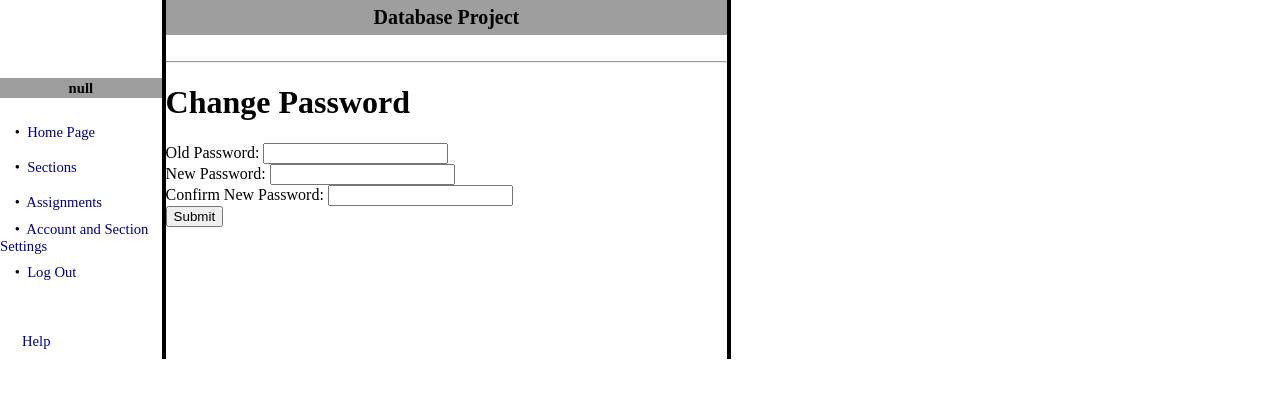
Repository: rimalp/dbproject
Page: http://localhost/AssignmentProject/prof_account_settings.jsp
These files come from the project's save history. The page is drawn as it stood at one moment and after the next save; the edit follows.
The browser window is 1280 px wide. The pictures show the whole page.
Pictures or frames that could not be fetched are drawn as grey boxes. The page is served by Tomcat 9. Other server files are loaded and not shown.

Above is the page before, as saved 2012-11-29 02:01:24.

### jsp/AssignmentProject/WebContent/prof_account_settings.jsp
<%@ page language="java" contentType="text/html; charset=UTF-8"
    pageEncoding="UTF-8"%>
<!DOCTYPE html PUBLIC "-//W3C//DTD HTML 4.01 Transitional//EN" "http://www.w3.org/TR/html4/loose.dtd">
<html>
<head>
<title>
Account Settings
</title>
<style type="text/css">
<!--
.normalfont {font-size: 11pt; font-family: "Geneva, Arial, Helvetica, sans-serif";}
.bigfont {font-size: 14pt; font-family: "Geneva, Arial, Helvetica, sans-serif";}
.darkbackgroundwithnormalfont {background-image: url(../gifs/brushed_metal_dkblue.jpg); font-size: 11pt; font-family: "Geneva, Arial, Helvetica, sans-serif"; color: black; }
.darkbackgroundwithhugefont {background-image: url(../gifs/brushed_metal_dkblue.jpg); font-size: 15pt; font-family: "Geneva, Arial, Helvetica, sans-serif"; color: black; }
.normalfontwithred {font-size: 11pt; font-family: "Geneva, Arial, Helvetica, sans-serif"; color: red;}
a {text-decoration: none;}
-->
</style>
</head>
<!-- bgcolor="aqua" -->
<body class="bodybackground" style="margin-top: 0; margin-left: 0; margin-bottom: 4px; margin-right: 4px">
<table border="0" cellpadding="0" cellspacing="0" width="875px" style="height: 100%">
<tr valign="top">
<td style="width: 190px;" class="marginbackground">



<%@ include file="professor_left_links.jsp" %>



</td>
<td style="width: 3px; background-color: black;">&nbsp;</td>
<td valign="top" class="lightbackgroundwithnormalfont" style="width: 686px;">
<CENTER><table border="0" cellspacing="0" cellpadding="0" width="100%" class="smallfont" style="color: black;">
<tr class="darkbackgroundwithhugefont" style="height: 35px">
<td colspan="3" valign="middle" align="center">
<b>
Database Project
</b>
</td>
</tr>
<tr style="height: 5px">
<td colspan="3">
&nbsp;
</td>
</tr>
</table></CENTER>
<hr/>

<% String v = request.getParameter("valid");
if(v!=null && v.equals("false"))
{
	out.println("<font color=\"red\">Your password was not changed as the values you entered in the New Password and Confirm Password fields did not match </font>");
}
else if(v!=null && v.equals("oldFalse"))
{
	out.println("<font color=\"red\">Your password was not changed because the old password you entered is incorrect</font>");
}
	%>
<h1>Change Password</h1>
<form name="input" method="post" action="Account_Settings_Servlet">
Old Password: <input type="password" name="old"><br/>
New Password: <input type="password" name="new"><br/>
Confirm New Password: <input type="password" name="newConfirm"><br/>
<input type="submit" value="Submit">
</form>

<!--
<br/>

<h1>Add Students to a Section</h1>



<br/>


<h1>Add Sections</h1>


<br/>
-->


<table border="0" cellspacing="0" cellpadding="2" width="100%">
<tr style="height: 5px">
<td colspan="3">
&nbsp;
</td>
</tr>
</table>
</td>
<td style="width: 3px; background-color: black;">&nbsp;</td>
<td style="width: 190px" class="marginbackground">
&nbsp;
</td>
</tr>
</table>
</body>
</html>

### jsp/AssignmentProject/WebContent/professor_left_links.jsp
<%@ page language="java" contentType="text/html; charset=UTF-8"
    pageEncoding="UTF-8"%>
<!DOCTYPE html PUBLIC "-//W3C//DTD HTML 4.01 Transitional//EN" "http://www.w3.org/TR/html4/loose.dtd">
<html>
<head>
<meta http-equiv="Content-Type" content="text/html; charset=UTF-8">
<title>Insert title here</title>
</head>
<body>

<table border="0" cellpadding="0" cellspacing="0" width="100%" class="normalfont" style="height: 100%" >
<tr style="height: 61px; border-bottom-width: 0px; " valign="top">
<td>

</td>
</tr>
<tr style="height: 10px;">
<td>
&nbsp;
</td>
</tr>

<tr class="darkbackgroundwithnormalfont" style="height: 20px;">
<td align="center">
<b>
<% String e = (String)request.getSession().getAttribute("name");
out.println(e); %>
</b>
</td>
</tr>
<tr style="height: 10px;">
<td>
&nbsp;
</td>
</tr>

<tr style="height: 35px;">
<td>
&nbsp;&nbsp;&nbsp;&nbsp;&#8226;&nbsp;
<a href="loginpath?id=professor_home_link" style="color: darkblue;">
Home Page
</a>
</td>
</tr>

<tr style="height: 35px;">
<td>
&nbsp;&nbsp;&nbsp;&nbsp;&#8226;&nbsp;
<a href="" style="color: darkblue;">
Sections
</a>
</td>
</tr>

<tr style="height: 35px;">
<td>
&nbsp;&nbsp;&nbsp;&nbsp;&#8226;&nbsp;
<a href="" style="color: darkblue;">
Assignments
</a>
</td>
</tr>

<tr style="height: 35px;">
<td>
&nbsp;&nbsp;&nbsp;&nbsp;&#8226;&nbsp;
<a href="prof_account_settings.jsp" style="color: darkblue;">
Account and Section Settings
</a>
</td>
</tr>

<tr style="height: 35px;">
<td>
&nbsp;&nbsp;&nbsp;&nbsp;&#8226;&nbsp;
<a href="loginpath?id=logout_link" style="color: darkblue;">
Log Out
</a>
</td>
</tr>

<!-- more links here? -->

<tr style="height: 10px;">
<td>
&nbsp;
</td>
</tr>
<tr>
<td>
&nbsp;
</td>
</tr>

<tr style="height: 35px;">
<td>
&nbsp;&nbsp;&nbsp;&nbsp;&nbsp;
<a href="" style="color: darkblue;">
Help
</a>
</td>
</tr>

</table>


</body>
</html>

After the next save:
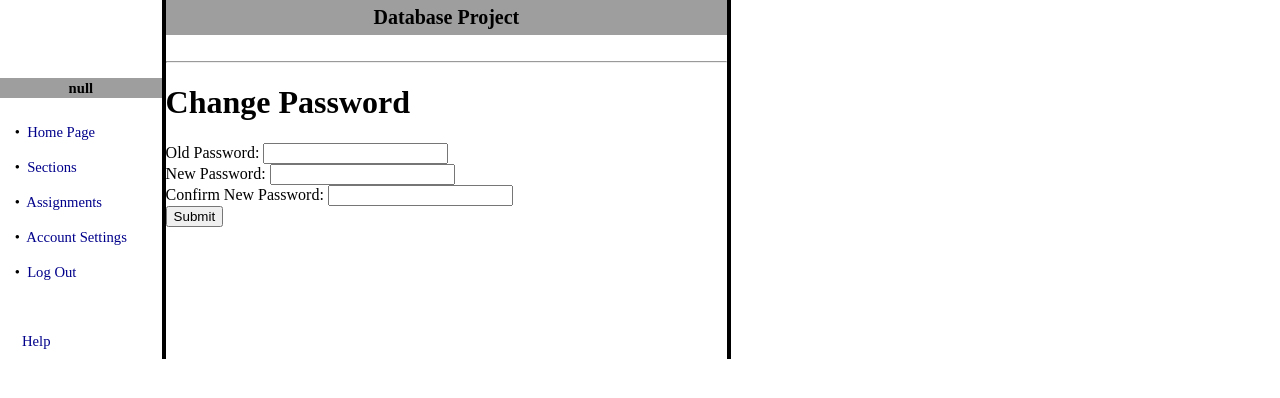
Saved 93 s later.
--- a/jsp/AssignmentProject/WebContent/professor_left_links.jsp
+++ b/jsp/AssignmentProject/WebContent/professor_left_links.jsp
@@ -65,7 +65,7 @@ Assignments
 <td>
 &nbsp;&nbsp;&nbsp;&nbsp;&#8226;&nbsp;
 <a href="prof_account_settings.jsp" style="color: darkblue;">
-Account and Section Settings
+Account Settings
 </a>
 </td>
 </tr>
